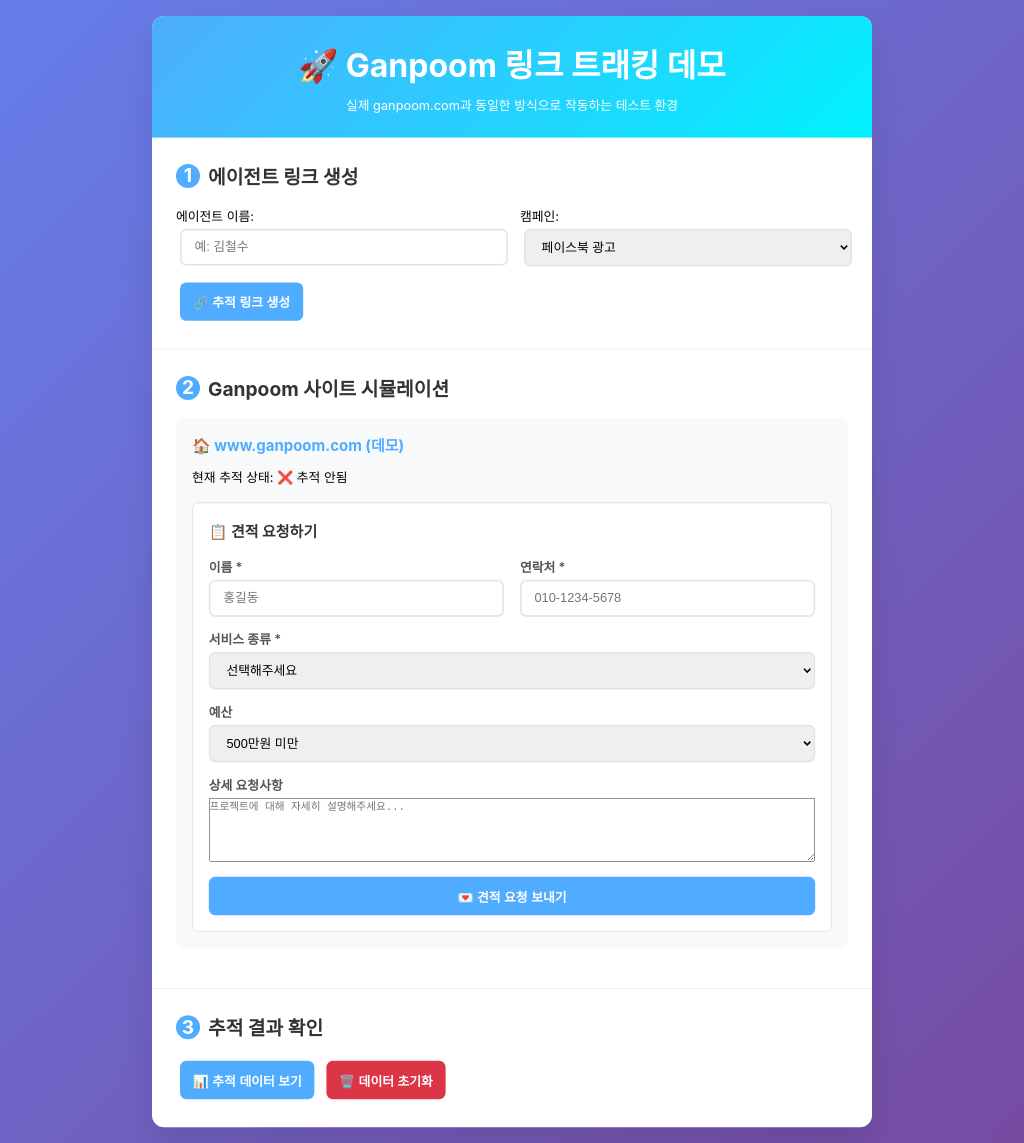
Repository: theopeningsign/ganpoom-tracker
Page: ganpoom-demo.html
The author's editor kept a copy of each file at every save. The page is drawn from the files as they stood at one save, then again after the next save.
The browser window is 1280 px wide. The pictures show the whole page, at 80% of full size.

Above is the page before, as saved 2025-11-13 14:41:29.

### ganpoom-demo.html
<!DOCTYPE html>
<html lang="ko">
<head>
    <meta charset="UTF-8">
    <meta name="viewport" content="width=device-width, initial-scale=1.0">
    <title>Ganpoom 데모 - 링크 트래킹 테스트</title>
    <style>
        * { margin: 0; padding: 0; box-sizing: border-box; }
        body {
            font-family: -apple-system, BlinkMacSystemFont, 'Segoe UI', sans-serif;
            background: linear-gradient(135deg, #667eea 0%, #764ba2 100%);
            min-height: 100vh;
            padding: 20px;
        }
        .container {
            max-width: 900px;
            margin: 0 auto;
            background: white;
            border-radius: 15px;
            overflow: hidden;
            box-shadow: 0 20px 40px rgba(0,0,0,0.1);
        }
        .header {
            background: linear-gradient(135deg, #4facfe 0%, #00f2fe 100%);
            color: white;
            padding: 30px;
            text-align: center;
        }
        .header h1 { font-size: 2.5rem; margin-bottom: 10px; }
        .section {
            padding: 30px;
            border-bottom: 1px solid #eee;
        }
        .section:last-child { border-bottom: none; }
        .section h2 {
            color: #333;
            margin-bottom: 20px;
            display: flex;
            align-items: center;
            gap: 10px;
        }
        .step-number {
            background: #4facfe;
            color: white;
            width: 30px;
            height: 30px;
            border-radius: 50%;
            display: flex;
            align-items: center;
            justify-content: center;
            font-weight: bold;
        }
        input, select, button {
            padding: 12px 16px;
            border: 2px solid #e1e5e9;
            border-radius: 8px;
            font-size: 16px;
            margin: 5px;
        }
        input:focus, select:focus {
            outline: none;
            border-color: #4facfe;
        }
        button {
            background: #4facfe;
            color: white;
            border: none;
            cursor: pointer;
            font-weight: 600;
            transition: all 0.2s;
        }
        button:hover {
            background: #3a8bfd;
            transform: translateY(-1px);
        }
        .link-display {
            background: #f8f9fa;
            padding: 15px;
            border-radius: 8px;
            border-left: 4px solid #4facfe;
            margin: 15px 0;
            font-family: monospace;
            word-break: break-all;
            display: none;
        }
        .demo-site {
            background: #f8f9fa;
            border-radius: 8px;
            padding: 20px;
            margin: 20px 0;
        }
        .quote-form {
            background: white;
            padding: 20px;
            border-radius: 8px;
            border: 1px solid #ddd;
        }
        .quote-form h3 {
            color: #333;
            margin-bottom: 15px;
        }
        .form-group {
            margin-bottom: 15px;
        }
        .form-group label {
            display: block;
            margin-bottom: 5px;
            font-weight: 600;
            color: #555;
        }
        .form-group input, .form-group select, .form-group textarea {
            width: 100%;
            margin: 0;
        }
        textarea {
            resize: vertical;
            min-height: 80px;
        }
        .results {
            background: #e8f5e8;
            padding: 20px;
            border-radius: 8px;
            margin-top: 20px;
            display: none;
        }
        .tracking-data {
            background: white;
            padding: 15px;
            border-radius: 5px;
            margin-top: 10px;
        }
        .success {
            background: #d4edda;
            color: #155724;
            padding: 15px;
            border-radius: 8px;
            margin: 10px 0;
            border-left: 4px solid #28a745;
        }
        .grid {
            display: grid;
            grid-template-columns: 1fr 1fr;
            gap: 20px;
            margin-top: 20px;
        }
        @media (max-width: 768px) {
            .grid { grid-template-columns: 1fr; }
        }
    </style>
</head>
<body>
    <div class="container">
        <div class="header">
            <h1>🚀 Ganpoom 링크 트래킹 데모</h1>
            <p>실제 ganpoom.com과 동일한 방식으로 작동하는 테스트 환경</p>
        </div>

        <!-- Step 1: 링크 생성 -->
        <div class="section">
            <h2><span class="step-number">1</span>에이전트 링크 생성</h2>
            <div class="grid">
                <div>
                    <label>에이전트 이름:</label>
                    <input type="text" id="agentName" placeholder="예: 김철수" style="width: 100%;">
                </div>
                <div>
                    <label>캠페인:</label>
                    <select id="campaign" style="width: 100%;">
                        <option value="facebook">페이스북 광고</option>
                        <option value="instagram">인스타그램</option>
                        <option value="blog">블로그</option>
                        <option value="youtube">유튜브</option>
                        <option value="direct">직접 홍보</option>
                    </select>
                </div>
            </div>
            <button onclick="generateTrackingLink()" style="margin-top: 15px;">🔗 추적 링크 생성</button>

            <div id="generatedLink" class="link-display">
                <strong>생성된 추적 링크:</strong><br>
                <span id="linkText"></span><br>
                <button onclick="copyLink()" style="margin-top: 10px;">📋 복사</button>
                <button onclick="simulateClick()" style="margin-top: 10px;">🧪 링크 클릭 시뮬레이션</button>
            </div>
        </div>

        <!-- Step 2: 가짜 Ganpoom 사이트 -->
        <div class="section">
            <h2><span class="step-number">2</span>Ganpoom 사이트 시뮬레이션</h2>
            <div class="demo-site">
                <h3 style="color: #4facfe; margin-bottom: 15px;">🏠 www.ganpoom.com (데모)</h3>
                <p style="margin-bottom: 20px;">현재 추적 상태: <span id="trackingStatus">❌ 추적 안됨</span></p>

                <div class="quote-form">
                    <h3>📋 견적 요청하기</h3>
                    <form id="quoteForm">
                        <div class="grid">
                            <div class="form-group">
                                <label>이름 *</label>
                                <input type="text" name="name" required placeholder="홍길동">
                            </div>
                            <div class="form-group">
                                <label>연락처 *</label>
                                <input type="tel" name="phone" required placeholder="010-1234-5678">
                            </div>
                        </div>
                        <div class="form-group">
                            <label>서비스 종류 *</label>
                            <select name="service" required>
                                <option value="">선택해주세요</option>
                                <option value="website">웹사이트 제작</option>
                                <option value="app">앱 개발</option>
                                <option value="marketing">마케팅</option>
                                <option value="consulting">컨설팅</option>
                            </select>
                        </div>
                        <div class="form-group">
                            <label>예산</label>
                            <select name="budget">
                                <option value="under-500">500만원 미만</option>
                                <option value="500-1000">500-1000만원</option>
                                <option value="1000-3000">1000-3000만원</option>
                                <option value="over-3000">3000만원 이상</option>
                            </select>
                        </div>
                        <div class="form-group">
                            <label>상세 요청사항</label>
                            <textarea name="details" placeholder="프로젝트에 대해 자세히 설명해주세요..."></textarea>
                        </div>
                        <button type="submit" style="width: 100%; margin: 0;">💌 견적 요청 보내기</button>
                    </form>
                </div>
            </div>
        </div>

        <!-- Step 3: 결과 확인 -->
        <div class="section">
            <h2><span class="step-number">3</span>추적 결과 확인</h2>
            <button onclick="showResults()">📊 추적 데이터 보기</button>
            <button onclick="clearData()" style="background: #dc3545;">🗑️ 데이터 초기화</button>

            <div id="results" class="results">
                <h4>📈 실시간 추적 데이터</h4>
                <div id="trackingResults"></div>
            </div>
        </div>
    </div>

    <script>
        // 추적 데이터 저장소
        let trackingData = JSON.parse(localStorage.getItem('ganpoom_demo_tracking') || '[]');
        let currentAgent = null;
        let currentLink = '';

        // 1. 추적 링크 생성
        function generateTrackingLink() {
            const agentName = document.getElementById('agentName').value;
            const campaign = document.getElementById('campaign').value;

            if (!agentName) {
                alert('에이전트 이름을 입력해주세요!');
                return;
            }

            // 에이전트 ID 생성 (실제로는 서버에서 관리)
            const agentId = agentName.replace(/\s+/g, '_').toLowerCase() + '_' + Date.now().toString().slice(-4);

            // 추적 링크 생성
            currentLink = `https://www.ganpoom.com/?agent=${agentId}&campaign=${campaign}&source=demo&utm_source=${campaign}&utm_medium=agent_link`;

            document.getElementById('linkText').textContent = currentLink;
            document.getElementById('generatedLink').style.display = 'block';

            console.log('🔗 추적 링크 생성됨:', { agentId, agentName, campaign });
        }

        // 2. 링크 복사
        function copyLink() {
            navigator.clipboard.writeText(currentLink).then(() => {
                alert('✅ 링크가 복사되었습니다!');
            });
        }

        // 3. 링크 클릭 시뮬레이션 (실제 ganpoom.com 방문과 동일)
        function simulateClick() {
            if (!currentLink) {
                alert('먼저 링크를 생성해주세요!');
                return;
            }

            // URL에서 파라미터 추출
            const url = new URL(currentLink);
            const agentId = url.searchParams.get('agent');
            const campaign = url.searchParams.get('campaign');
            const source = url.searchParams.get('source');

            if (agentId) {
                // 에이전트 정보 저장 (쿠키 역할)
                currentAgent = {
                    agentId: agentId,
                    campaign: campaign,
                    source: source,
                    landingTime: new Date().toISOString(),
                    landingUrl: currentLink
                };

                // 링크 클릭 이벤트 추적
                addTrackingEvent('link_click', {
                    agent: agentId,
                    campaign: campaign,
                    source: source,
                    page: 'homepage'
                });

                // UI 업데이트
                document.getElementById('trackingStatus').innerHTML = '✅ 추적 중 (에이전트: ' + agentId + ')';

                // 성공 메시지
                const successDiv = document.createElement('div');
                successDiv.className = 'success';
                successDiv.innerHTML = `
                    <strong>🎯 링크 클릭 추적 완료!</strong><br>
                    에이전트: ${agentId}<br>
                    캠페인: ${campaign}<br>
                    시간: ${new Date().toLocaleString()}
                `;
                document.querySelector('.demo-site').appendChild(successDiv);

                setTimeout(() => successDiv.remove(), 5000);
            }
        }

        // 4. 견적요청 폼 제출 처리
        document.getElementById('quoteForm').addEventListener('submit', function(e) {
            e.preventDefault();

            if (!currentAgent) {
                alert('⚠️ 추적 링크를 통해 접속하지 않았습니다!\n먼저 "링크 클릭 시뮬레이션"을 해주세요.');
                return;
            }

            // 폼 데이터 수집
            const formData = new FormData(e.target);
            const formObject = {};
            formData.forEach((value, key) => {
                formObject[key] = value;
            });

            // 견적요청 이벤트 추적
            addTrackingEvent('quote_request', {
                agent: currentAgent.agentId,
                campaign: currentAgent.campaign,
                source: currentAgent.source,
                formData: formObject,
                conversionValue: 1
            });

            // 성공 메시지
            alert('🎉 견적요청이 완료되었습니다!\n추적 데이터가 기록되었습니다.');

            // 폼 초기화
            e.target.reset();
        });

        // 5. 추적 이벤트 추가
        function addTrackingEvent(eventType, data) {
            const event = {
                id: Date.now(),
                eventType: eventType,
                timestamp: new Date().toISOString(),
                ...data
            };

            trackingData.push(event);
            localStorage.setItem('ganpoom_demo_tracking', JSON.stringify(trackingData));

            console.log('📊 추적 이벤트 기록:', event);
        }

        // 6. 결과 보기
        function showResults() {
            if (trackingData.length === 0) {
                document.getElementById('trackingResults').innerHTML =
                    '<p style="color: #666;">아직 추적된 데이터가 없습니다.<br>링크를 생성하고 클릭 시뮬레이션을 해보세요!</p>';
            } else {
                let html = '<div class="tracking-data">';
                html += '<h5>📋 전체 이벤트 로그</h5>';
                html += '<table style="width: 100%; border-collapse: collapse; margin-top: 10px;">';
                html += '<tr style="background: #f8f9fa;"><th style="padding: 8px; border: 1px solid #ddd;">시간</th><th style="padding: 8px; border: 1px solid #ddd;">이벤트</th><th style="padding: 8px; border: 1px solid #ddd;">에이전트</th><th style="padding: 8px; border: 1px solid #ddd;">캠페인</th></tr>';

                trackingData.forEach(event => {
                    const eventName = event.eventType === 'link_click' ? '🔗 링크 클릭' : '💌 견적 요청';
                    html += `<tr>
                        <td style="padding: 8px; border: 1px solid #ddd; font-size: 12px;">${new Date(event.timestamp).toLocaleString()}</td>
                        <td style="padding: 8px; border: 1px solid #ddd;">${eventName}</td>
                        <td style="padding: 8px; border: 1px solid #ddd;">${event.agent}</td>
                        <td style="padding: 8px; border: 1px solid #ddd;">${event.campaign}</td>
                    </tr>`;
                });
                html += '</table>';

                // 통계 계산
                const clicks = trackingData.filter(e => e.eventType === 'link_click').length;
                const quotes = trackingData.filter(e => e.eventType === 'quote_request').length;
                const conversionRate = clicks > 0 ? ((quotes / clicks) * 100).toFixed(1) : 0;
                const agents = new Set(trackingData.map(e => e.agent)).size;

                html += '<h5 style="margin-top: 20px;">📊 요약 통계</h5>';
                html += `<div style="display: grid; grid-template-columns: repeat(4, 1fr); gap: 15px; margin-top: 10px;">
                    <div style="text-align: center; padding: 15px; background: #e3f2fd; border-radius: 8px;">
                        <div style="font-size: 24px; font-weight: bold; color: #1976d2;">${clicks}</div>
                        <div style="font-size: 12px; color: #666;">링크 클릭</div>
                    </div>
                    <div style="text-align: center; padding: 15px; background: #e8f5e8; border-radius: 8px;">
                        <div style="font-size: 24px; font-weight: bold; color: #388e3c;">${quotes}</div>
                        <div style="font-size: 12px; color: #666;">견적 요청</div>
                    </div>
                    <div style="text-align: center; padding: 15px; background: #fff3e0; border-radius: 8px;">
                        <div style="font-size: 24px; font-weight: bold; color: #f57c00;">${conversionRate}%</div>
                        <div style="font-size: 12px; color: #666;">전환율</div>
                    </div>
                    <div style="text-align: center; padding: 15px; background: #fce4ec; border-radius: 8px;">
                        <div style="font-size: 24px; font-weight: bold; color: #c2185b;">${agents}</div>
                        <div style="font-size: 12px; color: #666;">활성 에이전트</div>
                    </div>
                </div>`;

                html += '</div>';
                document.getElementById('trackingResults').innerHTML = html;
            }

            document.getElementById('results').style.display = 'block';
        }

        // 7. 데이터 초기화
        function clearData() {
            if (confirm('모든 추적 데이터를 삭제하시겠습니까?')) {
                trackingData = [];
                localStorage.removeItem('ganpoom_demo_tracking');
                currentAgent = null;
                document.getElementById('trackingStatus').innerHTML = '❌ 추적 안됨';
                document.getElementById('results').style.display = 'none';
                alert('✅ 데이터가 초기화되었습니다.');
            }
        }

        // 페이지 로드시 초기화
        console.log('🚀 Ganpoom 링크 트래킹 데모가 시작되었습니다!');
    </script>
</body>
</html>

After the next save:
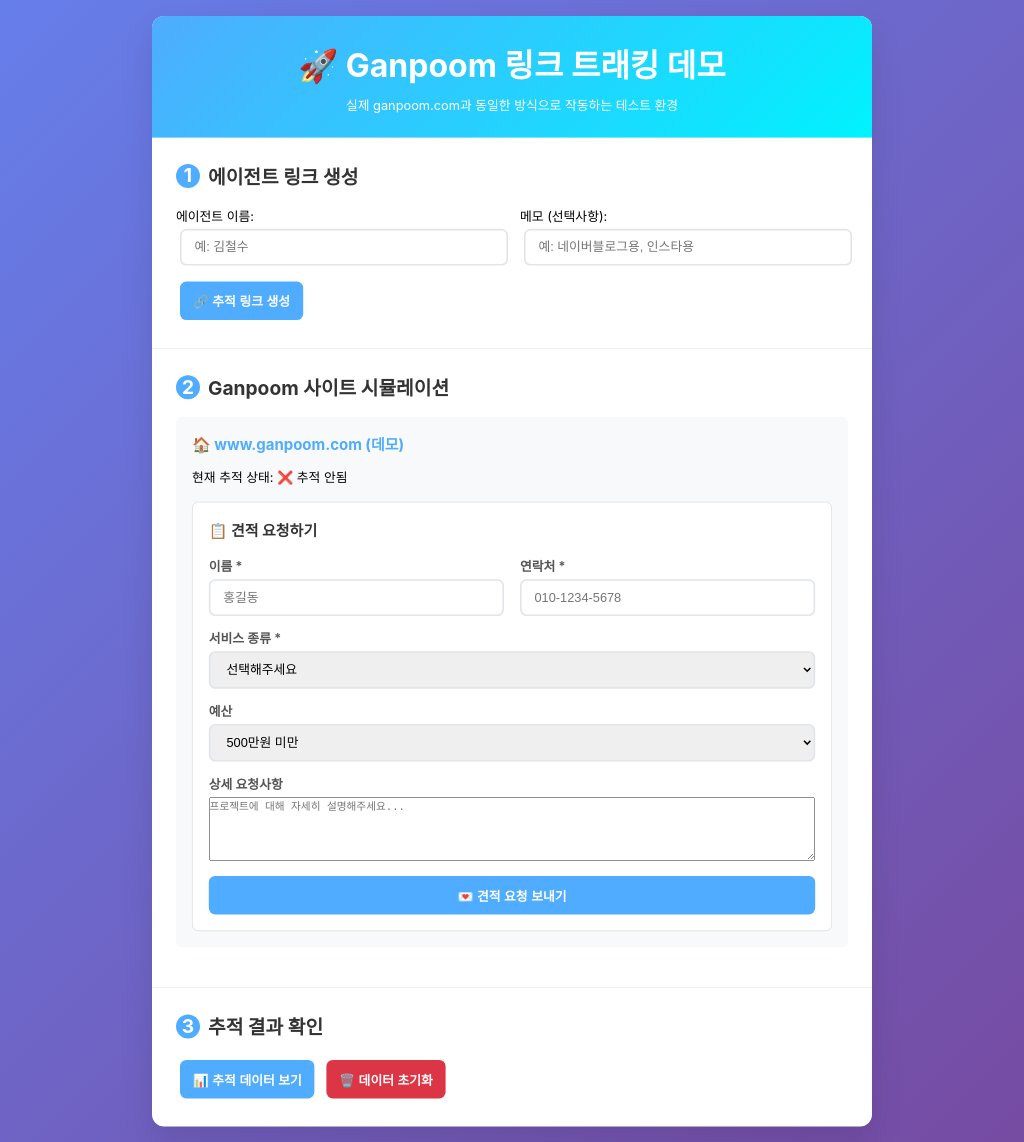
Saved 3 min 37 s later.
--- a/ganpoom-demo.html
+++ b/ganpoom-demo.html
@@ -164,14 +164,8 @@
                     <input type="text" id="agentName" placeholder="예: 김철수" style="width: 100%;">
                 </div>
                 <div>
-                    <label>캠페인:</label>
-                    <select id="campaign" style="width: 100%;">
-                        <option value="facebook">페이스북 광고</option>
-                        <option value="instagram">인스타그램</option>
-                        <option value="blog">블로그</option>
-                        <option value="youtube">유튜브</option>
-                        <option value="direct">직접 홍보</option>
-                    </select>
+                    <label>메모 (선택사항):</label>
+                    <input type="text" id="memo" placeholder="예: 네이버블로그용, 인스타용" style="width: 100%;">
                 </div>
             </div>
             <button onclick="generateTrackingLink()" style="margin-top: 15px;">🔗 추적 링크 생성</button>
